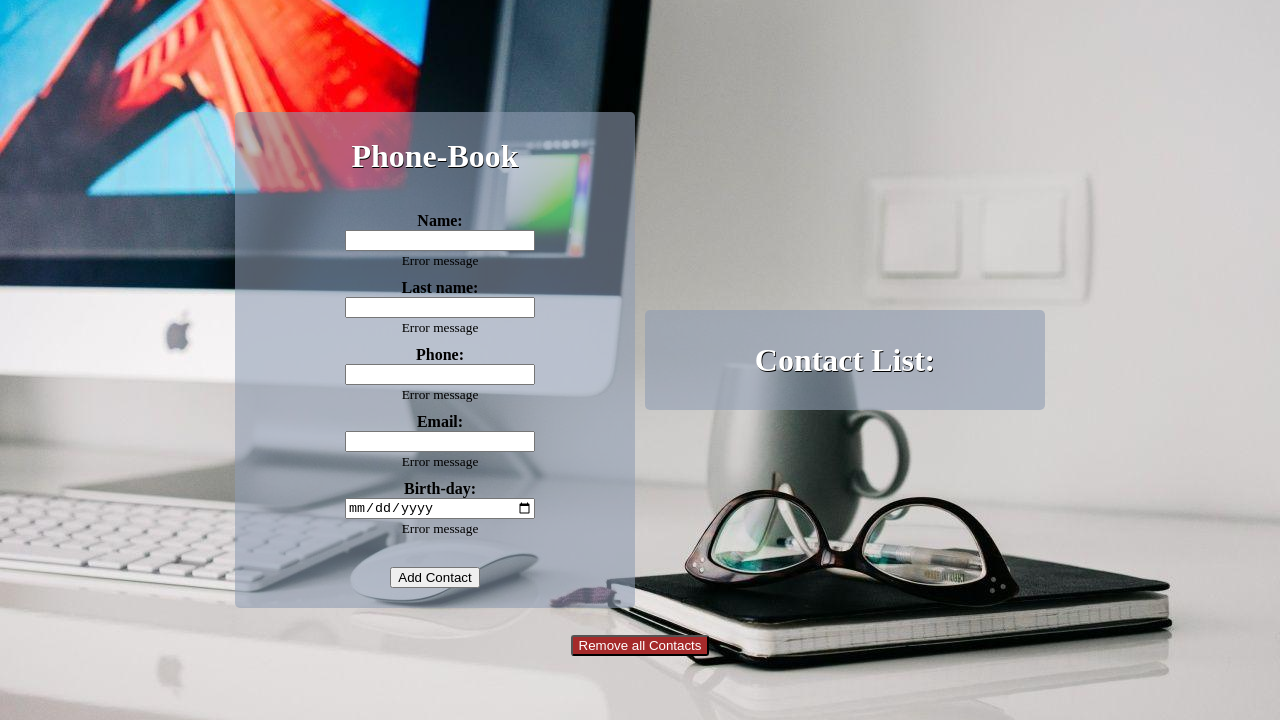
Repository: STA1357/Phone-book
Page: Inner.html
The author's editor kept a copy of each file at every save. The page is drawn from the files as they stood at one save, then again after the next save.
The browser window is 1280 px wide. The pictures show the whole page.

Above is the page before, as saved 2020-12-12 10:44:39.
Console error: ReferenceError: userNameValue is not defined

### Inner.html
<!DOCTYPE html>
<html lang="en">
<head>
    <meta charset="UTF-8">
    <meta name="viewport" content="width=device-width, initial-scale=1.0">
    <title>Phone Book</title>
    <link rel="stylesheet" href="./styles.css">
    <script src="./app.js"></script>
</head>
<body>
    <form action="#" method="POST" id="form" class="form">

        <header>
            <div class="header-title">
                <h1>Phone-Book</h1>
            </div>
        </header>

        <main>
            <div class="container">

                <div class="form-control">
                <label for="name">Name:</label>
                <input type="text" id="nameInput">
                <small>Error message</small>
                </div>

                <div class="form-control">
                <label for="lname">Last name:</label>
                <input type="text" id="lnameInput">
                <small>Error message</small>
                </div>

                <div class="form-control">
                <label for="tel">Phone:</label>
                <input type="text" id="telInput" class="tellinput">
                <small>Error message</small>
                </div>


                <div class="form-control">
                <label for="email">Email:</label>
                <input type="email" id="emailInput">
                <small>Error message</small>
                </div>


                <div class="form-control">
                <label for="birthname">Birth-day:</label>
                <input type="date" id="birthInput">
                <small>Error message</small>
                </div>

            </div>

        </main>

        <div class="btn">
        <button type="submit" id="btnAdd">Add Contact</button>
    </div>
    </form>
<div class="list-container">
    <h2 class="listTitle">Contact List:</h2>
    <ul id="contactsCount"></ul>
    <ul id="users"></ul>
</div>

<div class="clearBook">
    <button id="clearBookBtn" class="clearBookBtn" onclick="removeAll()">Remove all Contacts</button>
</div>

</body>
</html>

### styles.css
*{
    box-sizing: border-box;

}

body{
    display: flex;
    flex-direction: row;
    align-items: center;
    justify-content: center;
    min-height: 100vh;
    margin: 0;
    background: url("./wp3990421-office-wallpapers.jpg") no-repeat fixed center center;
    background-size: cover;
}

.header-title{
    color: white;
    text-shadow: 0.5px 0.5px black;
}

form{

    background-color: rgba(144, 156, 179, 0.589);
    width: 400px;
    max-width: 100%;
    margin-right: 10px;
    text-align: center;
    border-radius: 5px;
    position: relative;
}

main{
    margin-left: 25%;
}

.container{
    text-align: center;
    display: block;
    width: 70%;
}

.list-container{
    background-color: rgba(144, 156, 179, 0.589);
    width: 400px;
    max-width: 100%;
    page-break-after: 30px 40px;
    border-radius: 5px;
}

.listTitle{
    color: white;
    text-shadow: 0.7px 0.7px black;
    font-size: 32px;
}

.titleLi{
    color: rgb(190, 14, 14);
    text-shadow: 0.5px 0.5px black;
    font-size: 22px;
}

.infoList{
    color: black;
    font-size: 18px;
}

h2{
    text-align: center;
}

label{
    font-weight: bold;
}

input{
    width: 100%;
}








.btn{
    padding: 20px 0;
}


.selected{
    background-color: skyblue;
    color: black;
    text-shadow: 0.5px 0.5px grey;
}

.deleteBtn::before{
    color: brown;
    content: "delete";
    font-weight: bold;
}

.deleteAll::before{
    color: brown;
    content: "delete";
}

div{
    padding: 5px;
}

li{
    font-weight: bold;
    font-style: italic;
}

.clearBook{
    display: block;
    position: fixed;

}

.clearBookBtn{
    margin-top: 570px;
    background-color: brown;
    color: white;
    border-radius: 3px;
}

### app.js


window.onload = function() {
    const localKey = 'contactsCollection';
    const form = document.querySelector('form');
    const list = document.getElementById('users');
    const userName = document.getElementById('nameInput');
    const userLname = document.getElementById('lnameInput');
    const userTel = document.getElementById('telInput');
    const userEmail = document.getElementById('emailInput');
    const userBirth = document.getElementById('birthInput');

    //validation
    form.addEventListener('submit', e => {
        e.preventDefault();

        checkInputs();
    })

    if(userNameValue === ''){
        setErrorFor (userName, 'Can not skip user name')
    } else {
        setSuccessFor (userName);
    }
    if(userLnameValue === ''){
        setErrorFor (userLname, 'Can not skip user last-name')
    } else {
        setSuccessFor (userLname);
    }
    if(userTelValue === ''){
        setErrorFor (userTel, 'Can not skip user phone')
    } else {
        setSuccessFor (userTel);
    }
    if(userEmailValue === ''){
        setErrorFor (userEmail, 'Can not skip email')
    } else {
        setSuccessFor (userEmail);
    }
    if(userBirthValue === ''){
        setErrorFor (userBirth, 'Can not skip user birthday')
    } else {
        setSuccessFor (userBirth);
    }

    function setErrorFor (input, message) {
        const formControl = input.parentElement;
        const small = formControl.querySelector('small');
        formControl.className = 'form-control error';
        small.innerText = message;
        }

        function setSuccessFor (input) {
            const formControl = input.parentElement;
        formControl.className = 'form-control success';
        }



    let contactsList = getContacts();
    let activeContact = null;

    generateContactList();



    function getContacts() {
        const res = localStorage.getItem(localKey);
        return res ? JSON.parse(res) : [];
    }

    function setToStorage(data) {
        localStorage.setItem(localKey, data);
    }

    function updateContactList(newList) {
        const string = JSON.stringify(newList);
        contactsList = newList;
        setToStorage(string);
        generateContactList();
    }

    function recordContact(newContact) {
        updateContactList([...contactsList, newContact])
    }

    function updateContact(newData) {
        contactsList = contactsList.map(contact => contact.id === newData.id ? newData : contact);
        updateContactList(contactsList);
    }

    function deleteContact(removeId) {
        contactsList = contactsList.filter(({ id }) => id !== removeId);
        updateContactList(contactsList);
    }

    function setActiveContact(id) {
        const contact = document.getElementById(`contact-${id}`);
        contact.classList.toggle('active');
    }

    function generateContactList() {
        console.log(contactsList);
        const fragment = document.createDocumentFragment();
        contactsList.forEach((contact) => {
            const { id, name, lastName, phone, mail, birthDay } = contact;
            const container = document.createElement('div');

            container.onclick = () => setActiveContact(id);
            container.id = `contact-${id}`;
            const title = document.createElement('li');
            title.className = 'titleLi'
            title.innerText = `${name} ${lastName}`;

            const infoList = document.createElement('b');
            infoList.className = 'infoList'
            infoList.innerText = `${phone}
            ${mail}
            ${birthDay}`;
            // phonesList.innerText = phones.join(' ');
            container.appendChild(title);
            container.appendChild(infoList);
            fragment.appendChild(container);

            const deleteBtn = document.createElement('button');
            deleteBtn.className = 'deleteBtn'
            fragment.appendChild(deleteBtn);
            deleteBtn.addEventListener('mousedown', function (e) {
                e.preventDefault();
            })

            deleteBtn.addEventListener('click', function (e) {
                console.log(e);
                container.removeChild(title);
                container.removeChild(infoList);
                deleteBtn.style.display = 'none';

            })
            document.getElementById('nameInput').value = "";
            document.getElementById('lnameInput').value = "";
            document.getElementById('telInput').value = "";
            document.getElementById('emailInput').value = "";
            document.getElementById('birthInput').value = "";

            //const btn = document.createElement('button');
            //btn.onclick = () => !deleteContact(removeId);
            //btn.appendChild(container)
            //window.localStorage.clear();

            container.addEventListener('mousedown', function (e) {
                e.preventDefault();
            })

            container.addEventListener('click', function (e) {
                console.log(e);


                if (e.target == this) {
                    return false;

                }
                if (!e.ctrlKey) {
                    clearSelected(this.children);
                }
                addSelected(e.target);
            })

            function clearSelected(elems) {
                for (let elem of elems) {
                    elem.classList.remove('selected');
                }
            }

            function addSelected(target) {
                target.classList.add('selected');
            }
        });


        list.innerHTML = '';
        list.appendChild(fragment);


    }

    function getId() {
        return '_' + Math.random().toString(36).substr(2, 9);
    };

    form.onsubmit = (event) => {
        event.preventDefault();
        const contact = {
            id: getId(),
            name: userName.value,
            lastName: userLname.value,
            phone: userTel.value,
            mail: userEmail.value,
            birthDay: userBirth.value
        }
        recordContact(contact);
        console.log(contact);
    }



}

function removeAll(){
    if(window.confirm("This action will remove all contacts. Are you sure?")){
        window.localStorage.clear();
        document.location.reload();
    }
}


function newFunction() {
    return document.getElementById('contactsCount');
}
//function move_up() {
//document.getElementById('list-container').scrollTop += 10;
//}

//function move_down() {
//document.getElementById('list-container').scrollTop -= 10;
//}

// const form = document.querySelector('form')
// const list = document.getElementById('users')
// const userName = document.getElementById('nameInput')
// const userLname = document.getElementById('lnameInput')
// const userTel = document.getElementById('telInput')
// const userEmail = document.getElementById('emailInput')
// const userBirth = document.getElementById('birthInput')
// const entry = document.createElement('li')


// function addUser() {
//     const list = document.getElementById('users')
//     const userName = document.getElementById('nameInput')
//     const userLname = document.getElementById('lnameInput')
//     const userTel = document.getElementById('telInput')
//     const userEmail = document.getElementById('emailInput')
//     const userBirth = document.getElementById('birthInput')
//     const entry = document.createElement('li')
//     entry.appendChild(document.createTextNode(userName.value + ' ' + userLname.value + ' '
//     + userTel.value + ' ' + userEmail.value + ' ' + userBirth.value))
//     list.appendChild(entry)
//     return false

// }

// let bookContacts = [];

// const addContacts = (ev) => {
//     ev.preventDefault();
//     let contact = {
//         name: document.getElementById('nameInput').value,
//         lname: userLname.value,
//         tel: userTel.value,
//         email: userEmail.value,
//         birthday: userBirth.value
//     }
//     bookContacts.push(contact);
//     document.forms[0].reset();
// }
// document.addEventListener('DomContentLoad', () =>{
//     document.getElementById('btnAdd').addEventListener('click',addContacts)
// })
// console.log(bookContacts);




/*class Person{
    constructor(options){
        this.name = options.name
        this.lname = options.lname
        this.tel = options.tel
        this.email = options.email
        this.birthday = options.birthday
    }
}

class User extends Person{
    static type = "User"
}

const user = new User({
    name: "",
    lname: "",
    tel: "",
    email:"",
    birthday:""
})


localStorage.setItem('userInfo', JSON.stringify(user));




const raw = localStorage.getItem('userInfo')
const userInfo = JSON.parse(raw)
userInfo.name = 'Maxim'

console.log(userInfo);*/

After the next save:
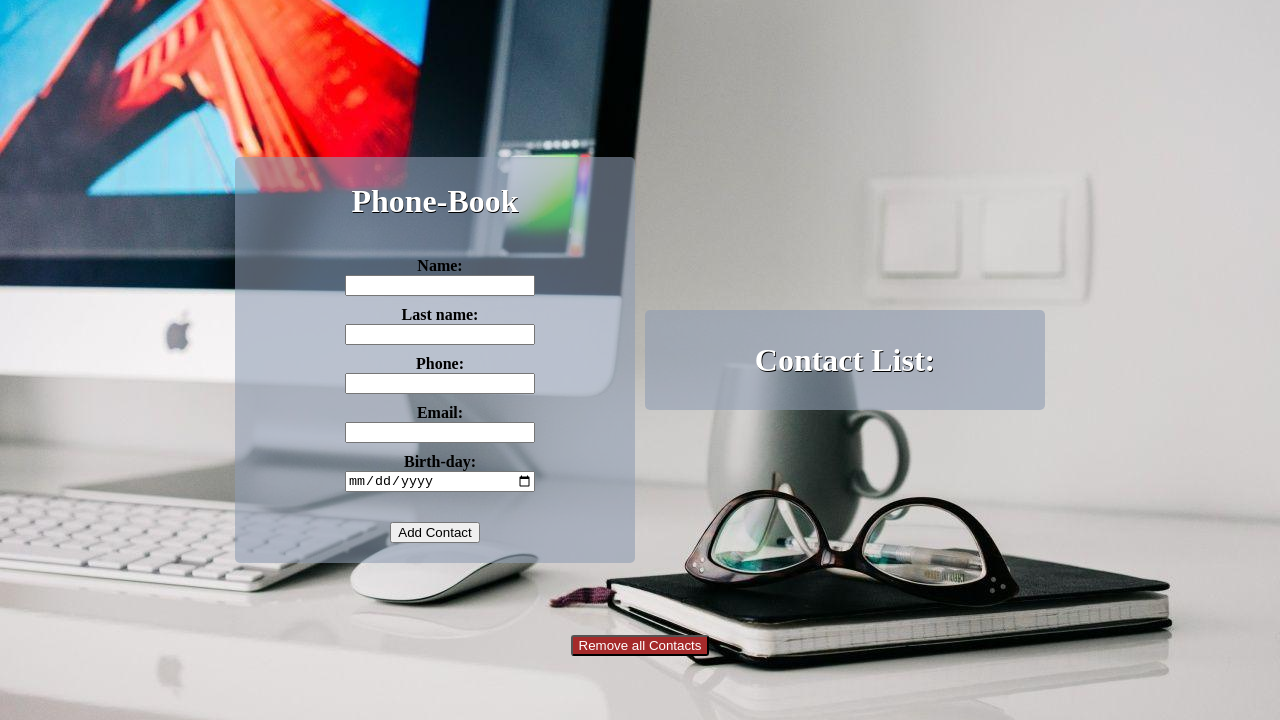
Saved 90 s later.
--- a/styles.css
+++ b/styles.css
@@ -127,3 +127,20 @@ li{
     color: white;
     border-radius: 3px;
 }
+
+.form-control.error input{
+    border-color: rgb(224, 68, 68);
+}
+
+
+.form-control small {
+	color: rgb(224, 68, 68);
+	position: absolute;
+	bottom: 0;
+	left: 0;
+	visibility: hidden;
+}
+
+.form-control.error small{
+    visibility: visible;
+}
